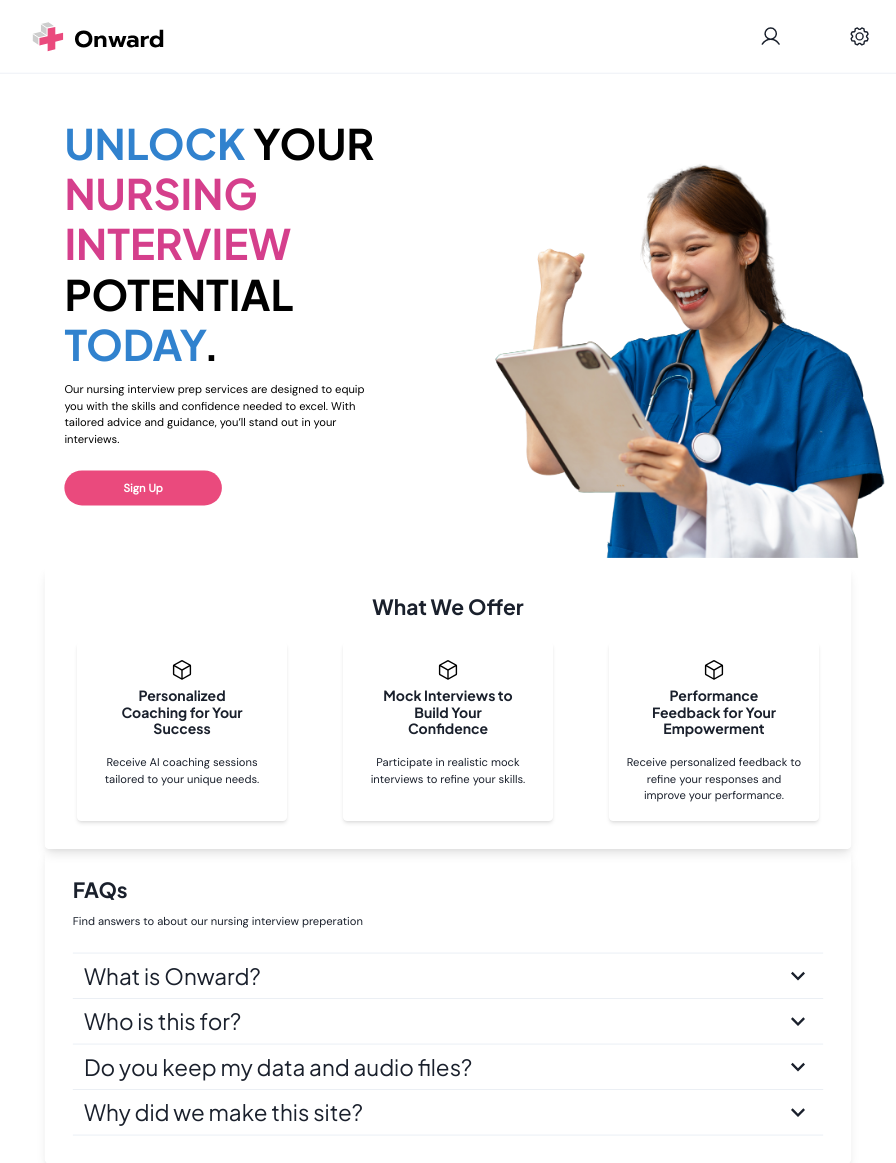
Repository: Aladdin3r/onward
Page: /landing-page
The author's editor kept a copy of each file at every save. The page is drawn from the files as they stood at one save, then again after a run of saves.
The browser window is 1280 px wide. The pictures show the whole page, at 70% of full size.
The project was rebuilt for these pictures with package versions that can differ from the ones it lists, and the page was loaded fresh each time. The framework's server and built-in components were replaced by stand-ins that run in the browser. Also part of the build but not shown: next.config.mjs, styles/components/AppTopNav.js, styles/components/Layout.js.

Above is the page before, as saved 2024-10-29 03:00:28.

After the next 5 saves:
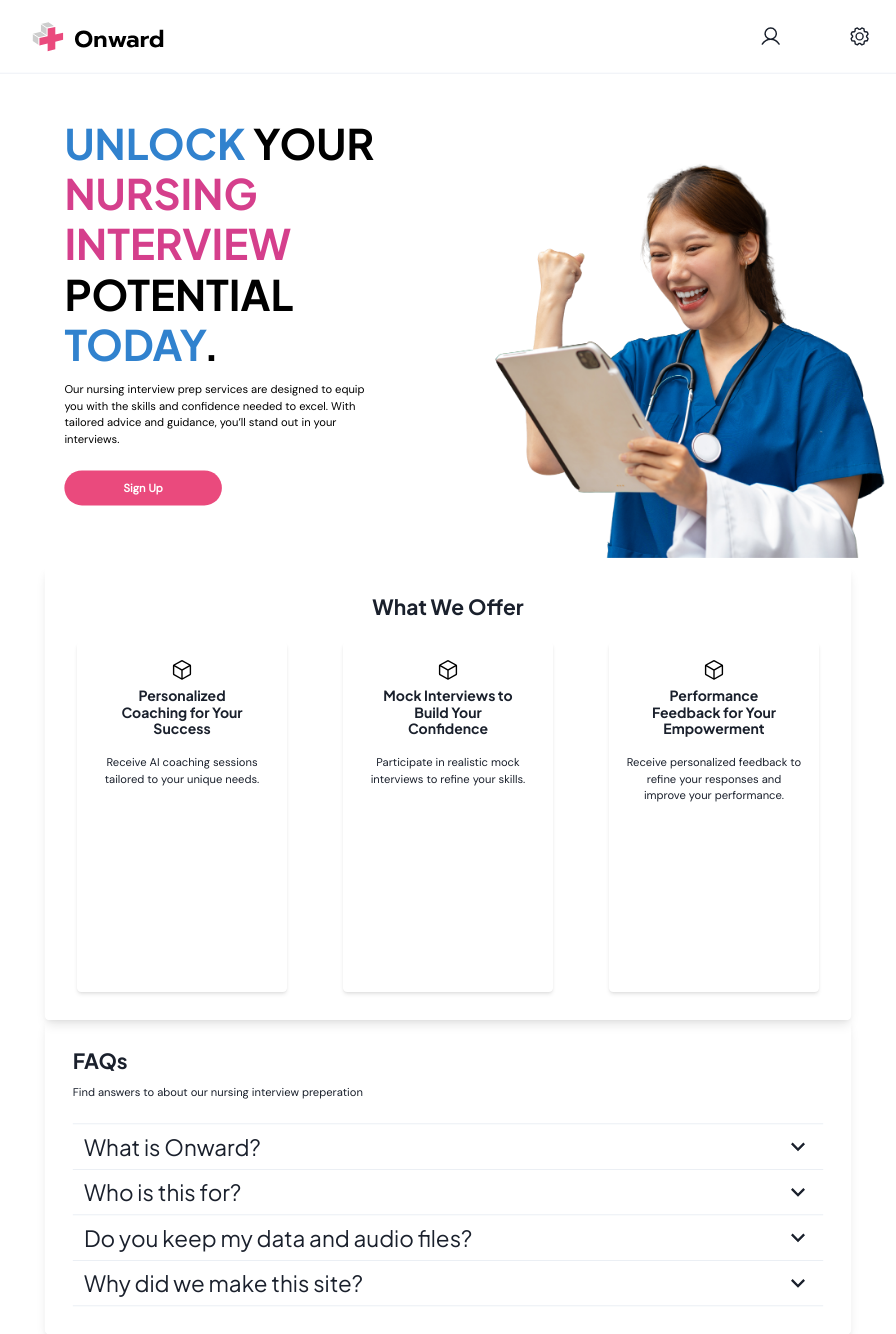
The 5 saves are shown as one change because they came seconds apart.
The last was saved 22 s later.
--- a/pages/landing-page.js
+++ b/pages/landing-page.js
@@ -97,7 +97,7 @@ export default function Home() {
             <Box p={10} textAlign="center" borderRadius="md" boxShadow="lg" maxW="90%" mx="auto" >
                 <Heading fontFamily="heading" fontSize="3xl" mb={8}>What We Offer</Heading>
                 <Flex justify="center" gap={20}>
-                    <Stack width="300px" borderRadius="md" boxShadow="md" p={6} textAlign="center" alignItems="center">
+                    <Stack width="300px" height="500px" borderRadius="md" boxShadow="md" p={6} textAlign="center" alignItems="center">
                         <svg xmlns="http://www.w3.org/2000/svg" width="32" height="32" fill="#000000" viewBox="0 0 256 256"><path d="M223.68,66.15,135.68,18h0a15.88,15.88,0,0,0-15.36,0l-88,48.17a16,16,0,0,0-8.32,14v95.64a16,16,0,0,0,8.32,14l88,48.17a15.88,15.88,0,0,0,15.36,0l88-48.17a16,16,0,0,0,8.32-14V80.18A16,16,0,0,0,223.68,66.15ZM128,32h0l80.34,44L128,120,47.66,76ZM40,90l80,43.78v85.79L40,175.82Zm96,129.57V133.82L216,90v85.78Z"></path></svg>
                         <Heading width="80%" fontFamily="heading" fontSize="xl" mb={4}>Personalized Coaching for Your Success</Heading>
                         <Text fontFamily="body">
